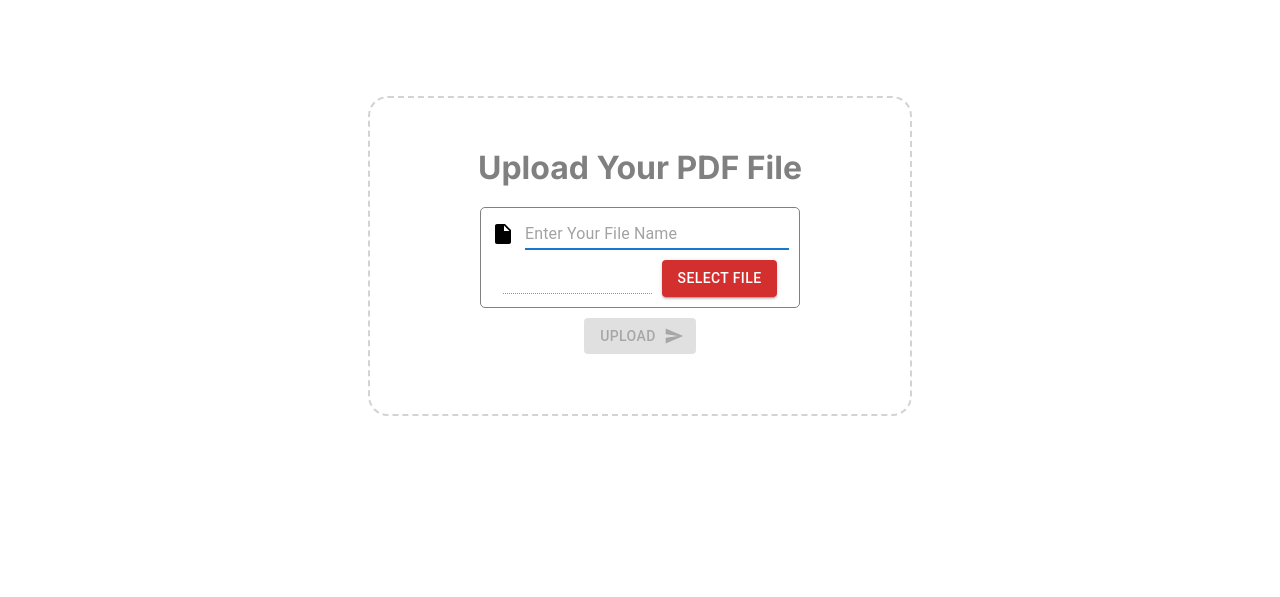
Repository: BhushanPatil-121/pdf-upload-nextjs
Page: /
These files come from the project's save history. The page is drawn as it stood at one moment and after the next save; the edit follows.
The browser window is 1280 px wide. The pictures show the whole page.
The project was rebuilt for these pictures with package versions that can differ from the ones it lists, and the page was loaded fresh each time. The framework's server and built-in components were replaced by stand-ins that run in the browser. Also part of the build but not shown: next.config.mjs.

Above is the page before, as saved 2024-02-29 11:09:11.

After the next save:
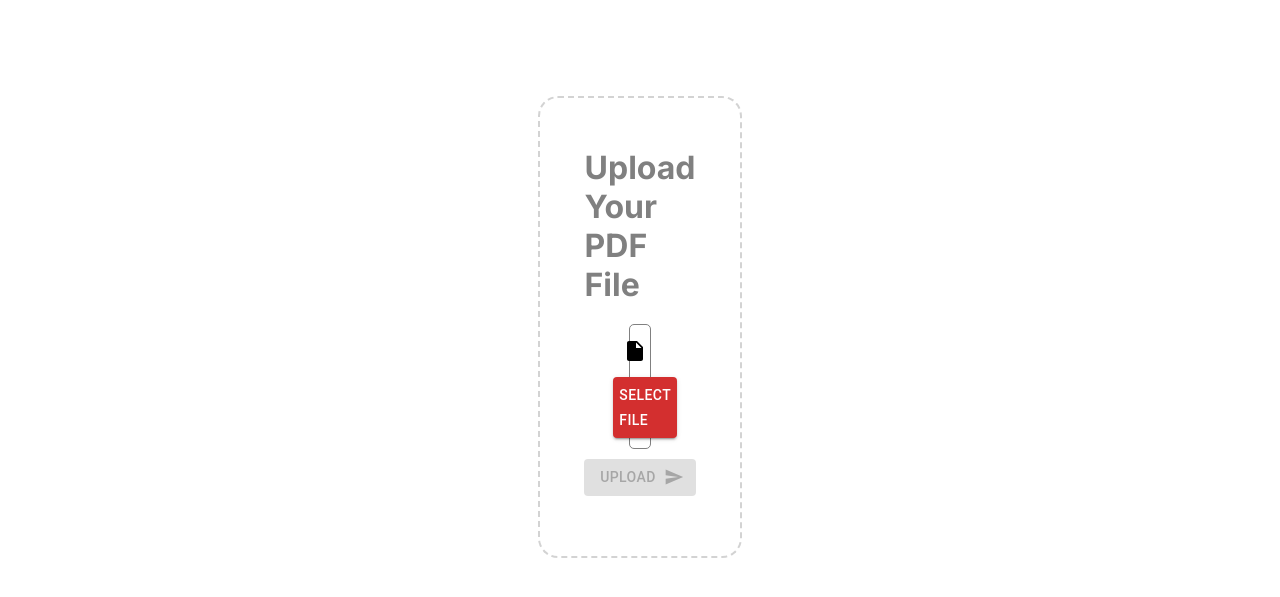
Saved 14 s later.
--- a/src/app/page.module.css
+++ b/src/app/page.module.css
@@ -9,7 +9,7 @@
 }
 
 .mainContainer {
-  width: 50%;
+  width: 5rem;
   display: flex;
   flex-direction: column;
   justify-content: center;
